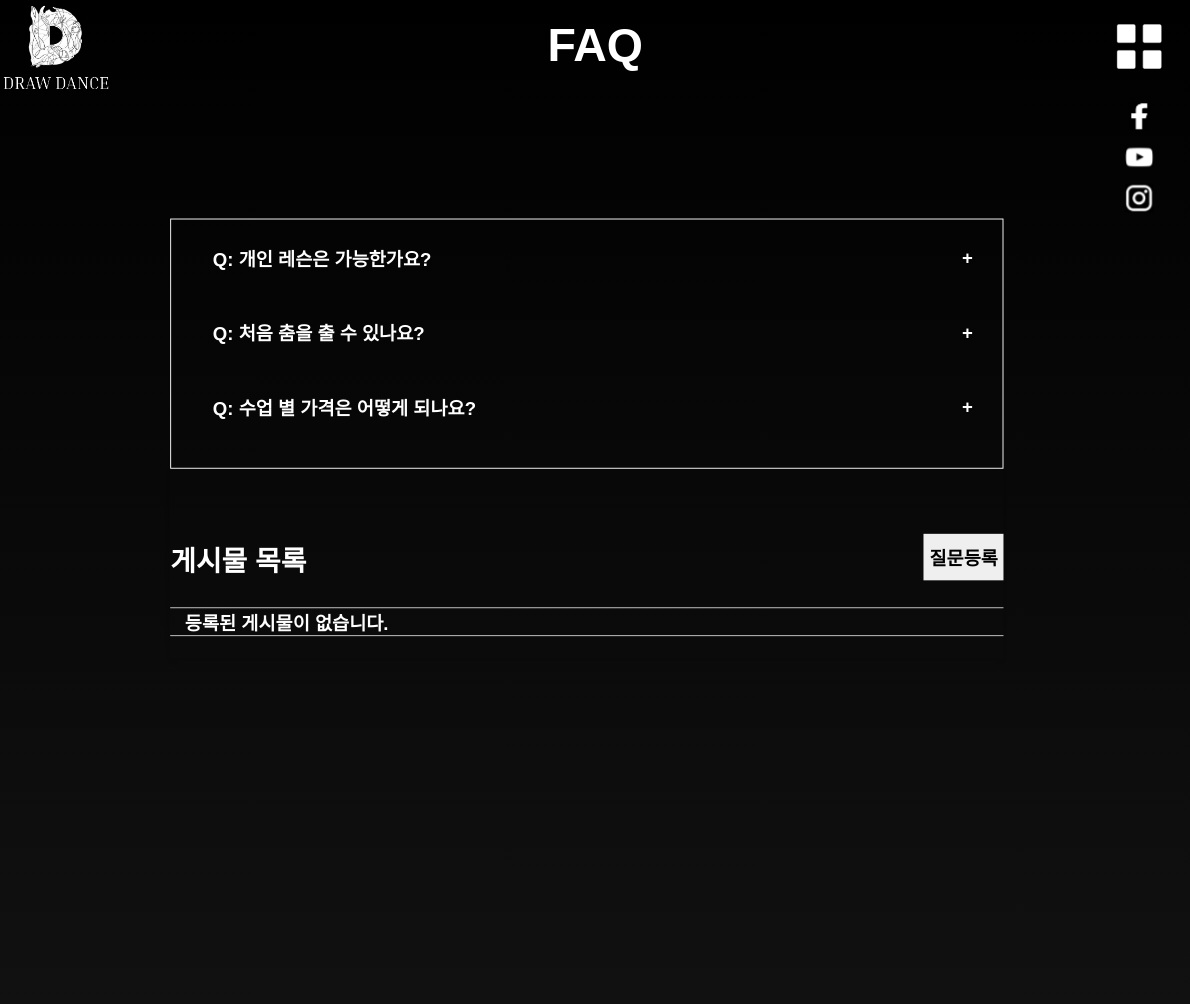
Repository: seonghun9906/semiProject
Page: http://localhost/drawAcademy/WEB-INF/views/QBoard/qboard.jsp
These files come from the project's save history. The page is drawn as it stood at one moment and after the next save; the edit follows.
The browser window is 1280 px wide. The pictures show the whole page, at 93% of full size.
The page is served by Tomcat 9. Nobody is signed in. The template is opened directly, without the code that normally fills it, so the values that code supplies are empty.

Above is the page before, as saved 2024-03-05 02:43:48.

After the next save:
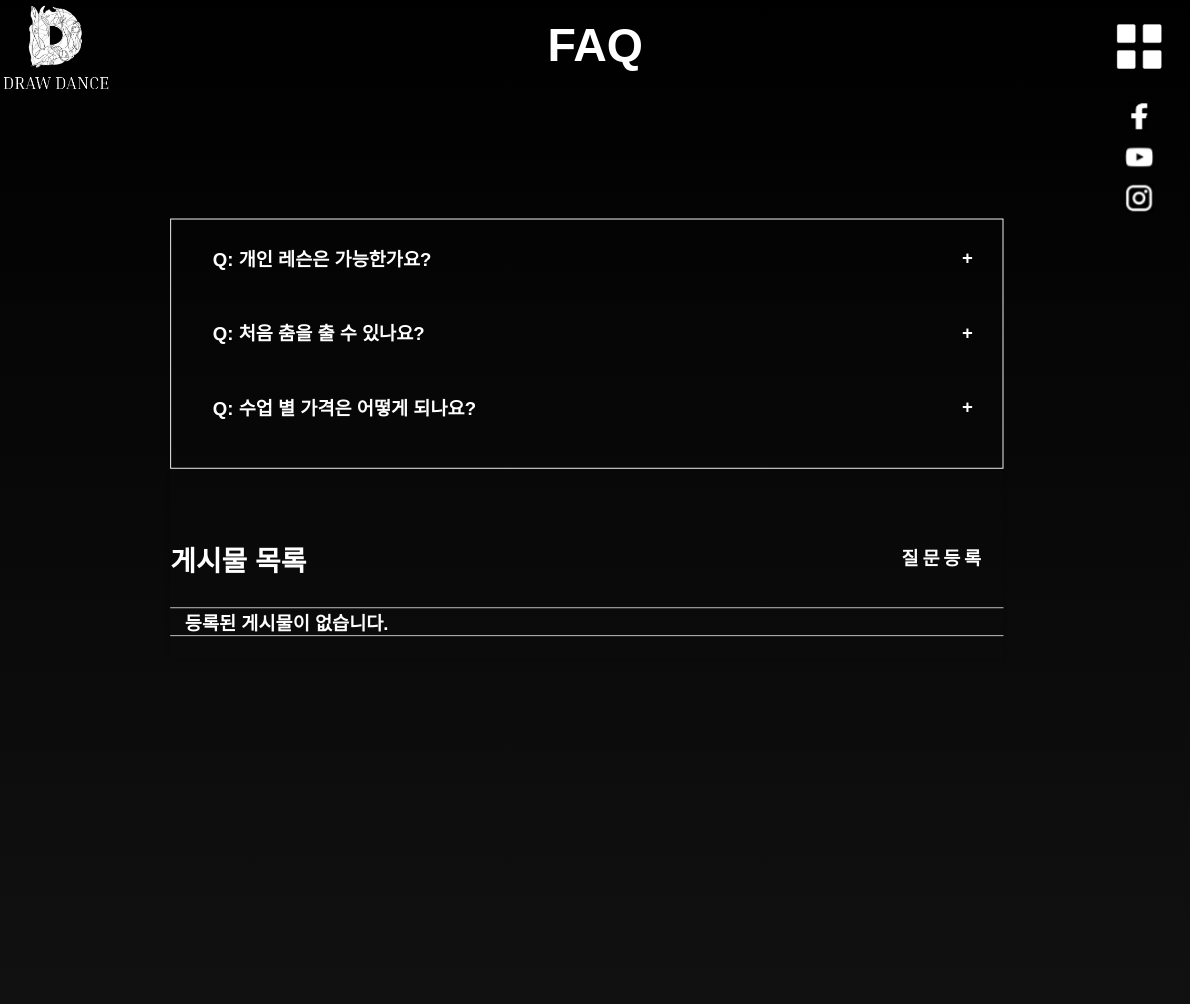
Saved 92 min 9 s later.
--- a/drawAcademy/src/main/webapp/WEB-INF/views/QBoard/qboard.jsp
+++ b/drawAcademy/src/main/webapp/WEB-INF/views/QBoard/qboard.jsp
@@ -139,7 +139,7 @@
 			<div class="commentList">
 				<div class="test1">
 					<p class="test">게시물 목록</p>
-					<button id="cklogin" onclick="location.href='./qwrite'">질문등록</button>
+					<button id="cklogin" class= "searchB" onclick="location.href='./qwrite'">질문등록</button>
 				</div>
 
 
